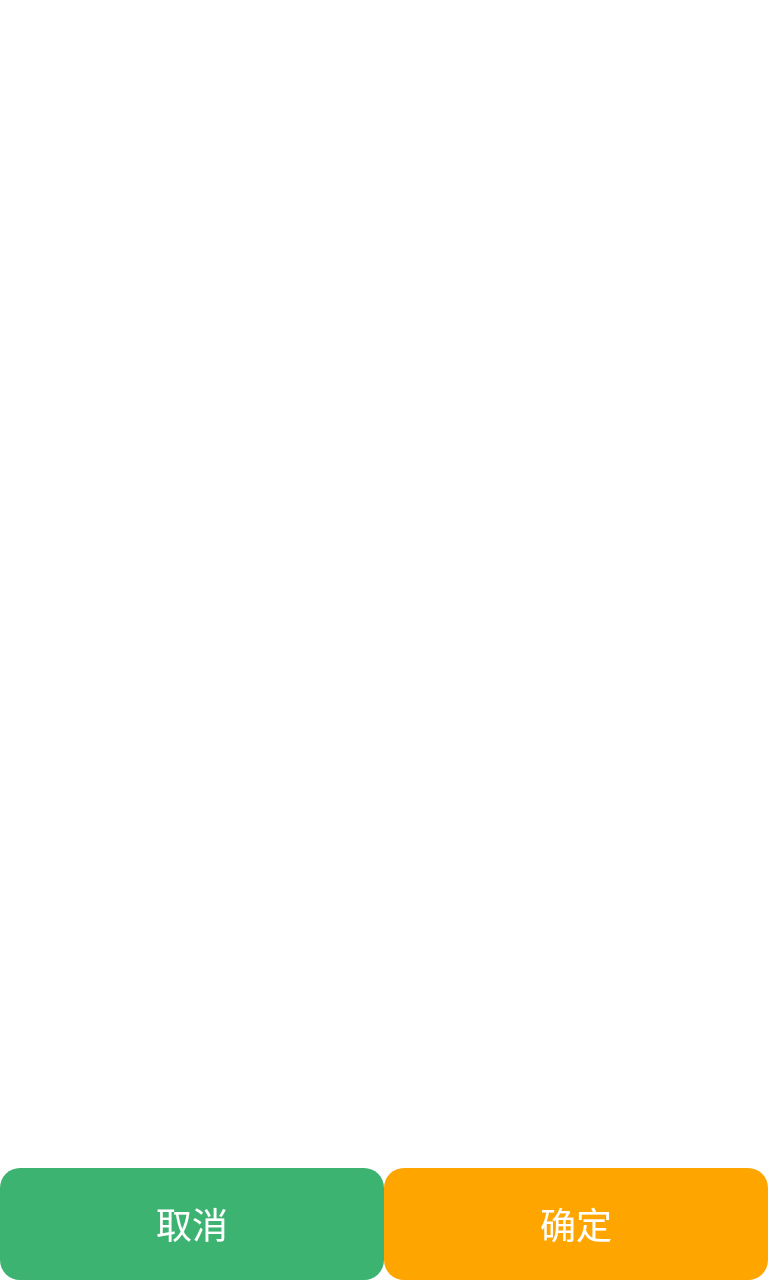
Repository: blanks1314/sysnc_android
Layout: UpayDemo/res/layout/dialog_tip.xml
These files come from the project's save history. The layout is drawn as it stood at one moment and after the next save; the edit follows.
It is drawn on a 768 x 1280 px phone screen (xhdpi) without system bars, with theme AppTheme; the app's code is not run.

Above is the layout before, as saved 2015-05-04 07:38:39.

### UpayDemo/res/layout/dialog_tip.xml
<?xml version="1.0" encoding="utf-8"?>
<LinearLayout xmlns:android="http://schemas.android.com/apk/res/android"
    android:layout_width="match_parent"
    android:layout_height="match_parent"
    android:orientation="vertical" >

    <TextView
        android:id="@+id/tvContent"
        android:layout_width="match_parent"
        android:layout_height="0dp"
        android:gravity="center"
        android:layout_weight="1"
        android:minHeight="120dp"
        android:textSize="16sp"
        android:background="@color/white" />

    <LinearLayout
        android:layout_width="match_parent"
        android:layout_height="56dp"
        android:orientation="horizontal" >

        <TextView
            android:id="@+id/tvCancel"
            android:layout_width="0dp"
            android:layout_height="match_parent"
            android:layout_weight="1"
            android:background="@drawable/btn_selecter_cancel"
            android:gravity="center"
            android:paddingBottom="10dp"
            android:paddingTop="10dp"
            android:text="取消"
            android:textColor="@color/white"
            android:textSize="18sp" />

        <TextView
            android:id="@+id/tvOk"
            android:layout_width="0dp"
            android:layout_height="match_parent"
            android:layout_weight="1"
            android:background="@drawable/btn_selecter"
            android:gravity="center"
            android:paddingBottom="10dp"
            android:paddingTop="10dp"
            android:text="确定"
            android:textColor="@color/white"
            android:textSize="18sp" />
    </LinearLayout>

</LinearLayout>

### UpayDemo/res/values/styles.xml
<resources xmlns:android="http://schemas.android.com/apk/res/android">

    <!--
        Base application theme, dependent on API level. This theme is replaced
        by AppBaseTheme from res/values-vXX/styles.xml on newer devices.













    -->
    <style name="AppBaseTheme" parent="Theme.AppCompat.Light">
        <!--
            Theme customizations available in newer API levels can go in
            res/values-vXX/styles.xml, while customizations related to
            backward-compatibility can go here.













        -->
    </style>

    <!-- Application theme. -->
    <!--
    <style name="AppTheme" parent="AppBaseTheme">
        All customizations that are NOT specific to a particular API-level can go here.
    </style>








    -->

    <style name="AppTheme" parent="Theme.AppCompat.Light">
        <item name="tabView">@style/TabView</item>
        <item name="tabPageIndicator">@style/TabIndicator</item>
    </style>

    <style name="TabIndicator" />

    <style name="TabView">
        <item name="android:addStatesFromChildren">true</item>
        <item name="android:orientation">vertical</item>
        <item name="android:gravity">bottom|center_horizontal</item>
        <item name="android:layout_width">0dp</item>
        <item name="android:background">@android:color/white</item>
        <item name="android:layout_height">match_parent</item>
    </style>

    <style name="text_style_1">
        <item name="android:textSize">16sp</item>
        <item name="android:layout_width">0dp</item>
        <item name="android:layout_weight">1</item>
        <item name="android:layout_height">fill_parent</item>
        <item name="android:gravity">center_vertical</item>
        <item name="android:ellipsize">marquee</item>
        <item name="android:singleLine">true</item>
    </style>

    <style name="edit_style_1">
        <item name="android:textSize">16sp</item>
        <item name="android:layout_width">0dp</item>
        <item name="android:layout_weight">1</item>
        <item name="android:layout_height">fill_parent</item>
        <item name="android:gravity">center_vertical</item>
    </style>

    <style name="spn_style_1">
        <item name="android:textSize">10sp</item>
        <item name="android:layout_width">wrap_content</item>
        <item name="android:layout_height">fill_parent</item>
    </style>

    <style name="linear_style_1">
        <item name="android:layout_width">match_parent</item>
        <item name="android:gravity">center_vertical</item>
        <item name="android:layout_height">40dp</item>
        <item name="android:orientation">horizontal</item>
        <item name="android:layout_marginLeft">5dp</item>
        <item name="android:layout_marginRight">5dp</item>
        <item name="android:layout_marginTop">10dp</item>
    </style>

    <style name="img_btn_1">
        <item name="android:layout_width">wrap_content</item>
        <item name="android:layout_height">wrap_content</item>
        <item name="android:padding">10dp</item>
    </style>

    <style name="btn_style_1">
        <item name="android:layout_width">200dp</item>
        <item name="android:layout_height">wrap_content</item>
        <item name="android:background">@drawable/btn_selecter</item>
        <item name="android:textColor">@color/white</item>
        <item name="android:layout_marginTop">10dp</item>
    </style>

    <style name="btn_style_2">
        <item name="android:layout_width">100dp</item>
        <item name="android:layout_height">wrap_content</item>
        <item name="android:background">@drawable/btn_selecter</item>
        <item name="android:textColor">@color/white</item>
        <item name="android:layout_marginTop">10dp</item>
    </style>

    <style name="loading_dialog" parent="android:style/Theme.Dialog">
        <item name="android:windowFrame">@null</item>
        <item name="android:windowNoTitle">true</item>
        <item name="android:windowIsFloating">true</item>
        <item name="android:windowContentOverlay">@null</item>
        <item name="android:windowBackground">@android:color/transparent</item>
        <item name="android:background">#00000000</item>
 <!-- 设置自定义布局的背景透明 -->
    </style>

    <style name="error_dialog" parent="@android:style/Theme.Dialog">

                　　        <item name="android:windowFrame">@null</item>

                　　        <item name="android:windowIsFloating">true</item>

                　　        <item name="android:windowIsTranslucent">false</item>

                　　        <item name="android:windowNoTitle">true</item>

                　　        <item name="android:background">@android:color/white</item>

                　　        <item name="android:windowBackground">@null</item>

                　　        <item name="android:backgroundDimEnabled">false</item>
        <item name="android:textColor">@android:color/black</item>
    </style>

</resources>

### UpayDemo/res/values/attrs.xml
<?xml version="1.0" encoding="utf-8"?>
<resources>
    <declare-styleable name="TabView">
        <attr name="tabPageIndicator" format="reference" />
        <attr name="tabView" format="reference" />
    </declare-styleable>

    <string-array name="currTypes">
        <item >RMB(156)</item>
    </string-array>
</resources>

### UpayDemo/res/values/color.xml
<?xml version="1.0" encoding="utf-8"?>
<resources>

    <color name="white">#FFFFFF</color>
    <color name="tab_text_normal">#696969</color>
    <color name="tab_text_selected">#73bf40</color>
    <color name="btn_selecter_1">#3CB371</color>
    <color name="btn_selecter_2">#FFA500</color>
    <color name="text_result">#F5FFFA</color>
    <color name="gray">#dcdcdc</color>

</resources>

### UpayDemo/res/drawable/btn_selecter_cancel.xml
<?xml version="1.0" encoding="utf-8"?>
<selector xmlns:android="http://schemas.android.com/apk/res/android">

    <item android:state_pressed="true"><shape android:shape="rectangle">

            <!-- 填充的颜色 -->
            <solid android:color="@color/btn_selecter_2" />
            <!-- 设置按钮的四个角为弧形 -->
            <!-- android:radius 弧形的半径 -->
            <corners android:radius="10dip" />

            <!-- padding：Button里面的文字与Button边界的间隔 -->
            <padding android:bottom="10dp" android:left="10dp" android:right="10dp" android:top="10dp" />
        </shape></item>
         <item android:state_selected="false"><shape android:shape="rectangle">

            <!-- 填充的颜色 -->
            <solid android:color="@color/btn_selecter_1" />
            <!-- 设置按钮的四个角为弧形 -->
            <!-- android:radius 弧形的半径 -->
            <corners android:radius="10dip" />

            <!-- padding：Button里面的文字与Button边界的间隔 -->
            <padding android:bottom="10dp" android:left="10dp" android:right="10dp" android:top="10dp" />
        </shape></item>

</selector>

<shape xmlns:android="http://schemas.android.com/apk/res/android">
  <solid android:color="#00FFFF" />
    <corners android:radius="10dip" />
      <padding
            android:left="5dp"
            android:top="5dp"
            android:right="5dp"
            android:bottom="5dp" />
</shape>

### UpayDemo/res/drawable/btn_selecter.xml
<?xml version="1.0" encoding="utf-8"?>
<selector xmlns:android="http://schemas.android.com/apk/res/android">

    <item android:state_pressed="true"><shape android:shape="rectangle">

            <!-- 填充的颜色 -->
            <solid android:color="@color/btn_selecter_1" />
            <!-- 设置按钮的四个角为弧形 -->
            <!-- android:radius 弧形的半径 -->
            <corners android:radius="10dip" />

            <!-- padding：Button里面的文字与Button边界的间隔 -->
            <padding android:bottom="10dp" android:left="10dp" android:right="10dp" android:top="10dp" />
        </shape></item>
         <item android:state_selected="false"><shape android:shape="rectangle">

            <!-- 填充的颜色 -->
            <solid android:color="@color/btn_selecter_2" />
            <!-- 设置按钮的四个角为弧形 -->
            <!-- android:radius 弧形的半径 -->
            <corners android:radius="10dip" />

            <!-- padding：Button里面的文字与Button边界的间隔 -->
            <padding android:bottom="10dp" android:left="10dp" android:right="10dp" android:top="10dp" />
        </shape></item>

</selector>

Loaded but not shown: UpayDemo/res/values-v11/styles.xml (common file); UpayDemo/res/values-v14/styles.xml (common file); UpayDemo/res/values/values.xml (657 lines, source omitted)

After the next save:
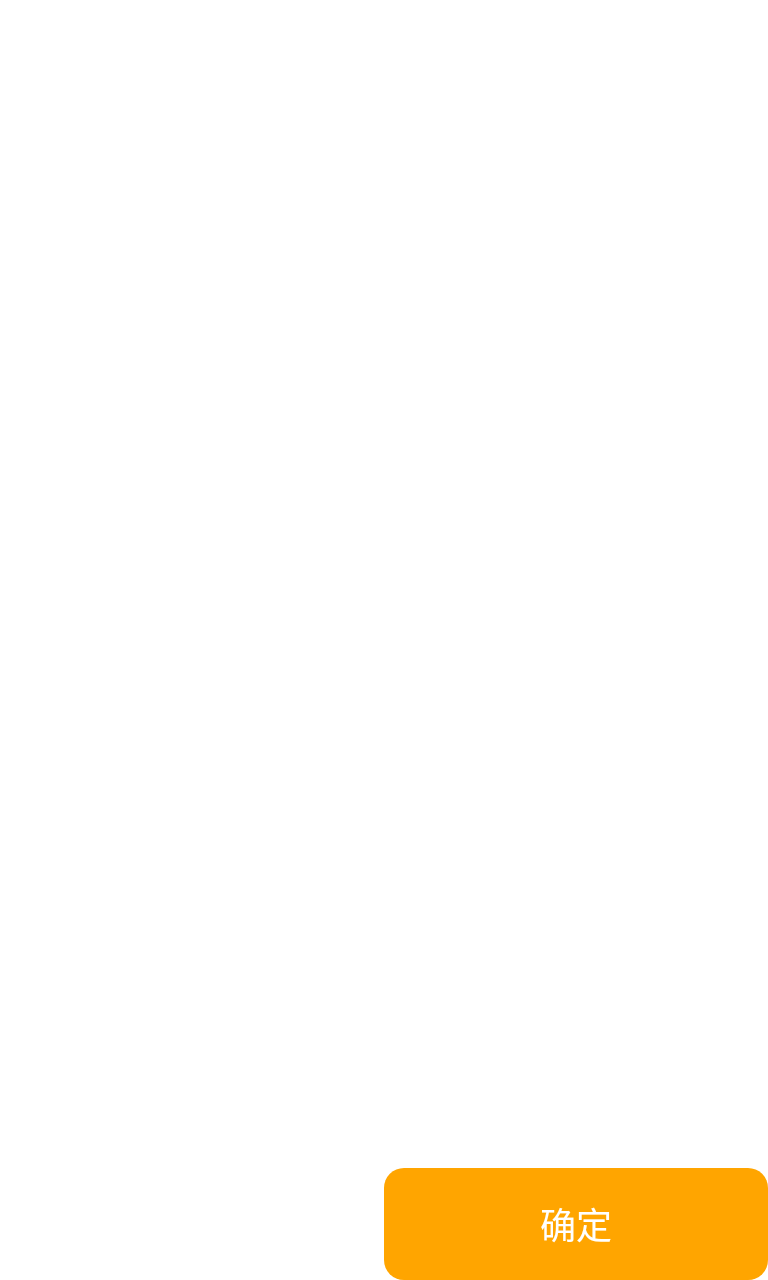
Saved 24 s later.
--- a/UpayDemo/res/drawable/btn_selecter_cancel.xml
+++ b/UpayDemo/res/drawable/btn_selecter_cancel.xml
@@ -1,33 +1,5 @@
-<?xml version="1.0" encoding="utf-8"?>
-<selector xmlns:android="http://schemas.android.com/apk/res/android">
-
-    <item android:state_pressed="true"><shape android:shape="rectangle">
-
-            <!-- 填充的颜色 -->
-            <solid android:color="@color/btn_selecter_2" />
-            <!-- 设置按钮的四个角为弧形 -->
-            <!-- android:radius 弧形的半径 -->
-            <corners android:radius="10dip" />
-
-            <!-- padding：Button里面的文字与Button边界的间隔 -->
-            <padding android:bottom="10dp" android:left="10dp" android:right="10dp" android:top="10dp" />
-        </shape></item>
-         <item android:state_selected="false"><shape android:shape="rectangle">
-
-            <!-- 填充的颜色 -->
-            <solid android:color="@color/btn_selecter_1" />
-            <!-- 设置按钮的四个角为弧形 -->
-            <!-- android:radius 弧形的半径 -->
-            <corners android:radius="10dip" />
-
-            <!-- padding：Button里面的文字与Button边界的间隔 -->
-            <padding android:bottom="10dp" android:left="10dp" android:right="10dp" android:top="10dp" />
-        </shape></item>
-
-</selector>
-
 <shape xmlns:android="http://schemas.android.com/apk/res/android">
-  <solid android:color="#00FFFF" />
+  <solid android:color="@" />
     <corners android:radius="10dip" />
       <padding
             android:left="5dp"
